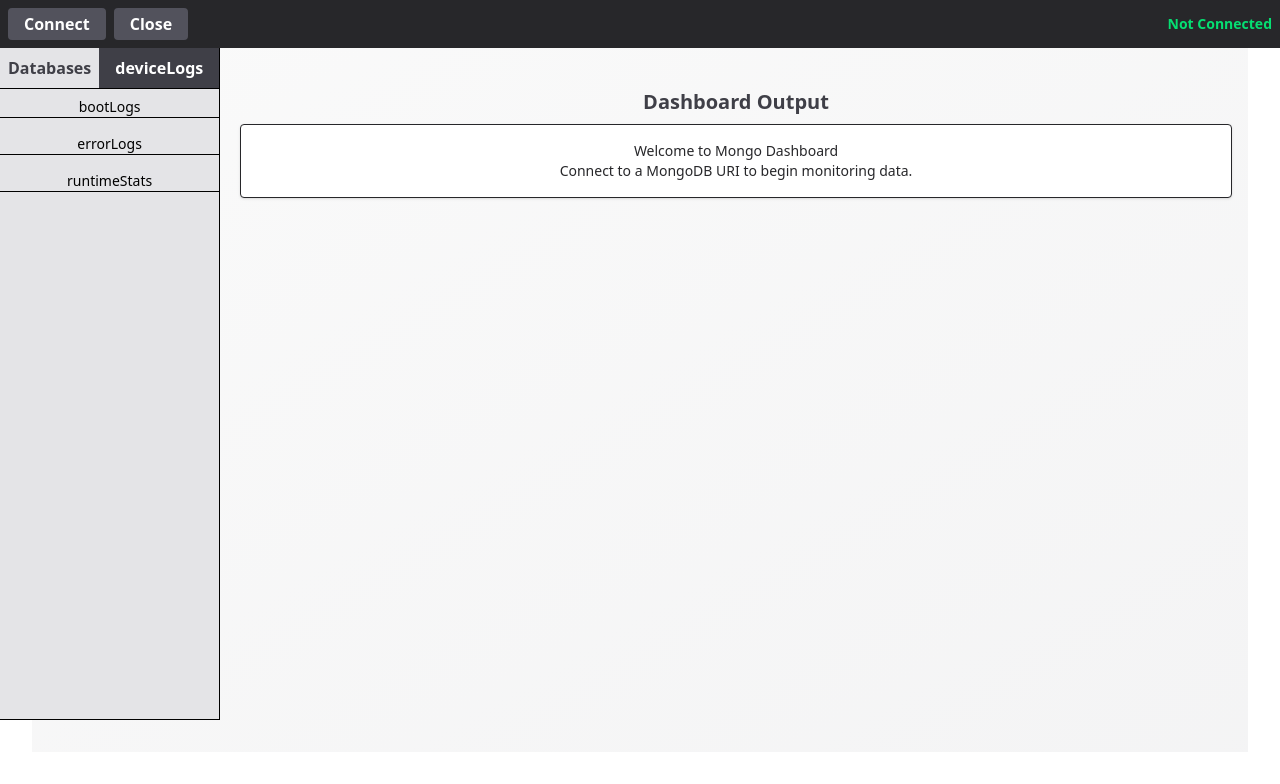
Repository: aryan151pratap/Dashboard
Page: / (app in frontened/), after clicking the first element matching `ul.text-sm > :nth-child(2)`
The author's editor kept a copy of each file at every save. The page is drawn from the files as they stood at one save, then again after the next save.
The browser window is 1280 px wide. The pictures show the whole page.
The project was rebuilt for these pictures with package versions that can differ from the ones it lists, and the page was loaded fresh each time. Also part of the build but not shown: frontened/vite.config.js, frontened/src/component/connect.jsx.

Above is the page before, as saved 2025-06-24 14:29:12.

### frontened/index.html
<!doctype html>
<html lang="en">
  <head>
    <meta charset="UTF-8" />
    <link rel="icon" type="image/svg+xml" href="/vite.svg" />
    <meta name="viewport" content="width=device-width, initial-scale=1.0" />
    <title>Dashboard</title>
    <script src="https://cdn.jsdelivr.net/npm/@tailwindcss/browser@4"></script>

  </head>
  <body>
    <div id="root"></div>
    <script type="module" src="/src/main.jsx"></script>
  </body>
</html>

### frontened/src/App.jsx
import { useState } from 'react'
import './App.css'
import Dashboard from './component/dashboard'

function App() {

  return (
    <>
    <div className='h-screen w-full'>
      <Dashboard/>
    </div>
    </>
  )
}

export default App

### frontened/src/component/dashboard.jsx
import Bar from "./bar";

function Dashboard(){
	return(
		<>
		<div className="h-full w-full bg-gradient-to-br from-zinc-50 to-zinc-100">
			<Bar/>
		</div>
		</>
	)
}

export default Dashboard;

### frontened/src/component/bar.jsx
import { useState } from "react";
import Connect from "./connect";
import Left_bar from "./left_bar";
import Right_bar from "./right_bar";

function Bar() {
  const [buttons] = useState(["connect", "close"]);
  const [showModal, setShowModal] = useState(false);
  const [uri, setUri] = useState("");
  const [connected, setConnected] = useState(false);

  return (
    <div>
		{/* Top Navbar */}
		<div className="w-full fixed top-0 left-0 flex justify-between items-center p-2 bg-zinc-800 text-white z-10">
			<div className="flex gap-2">
			{buttons.map((i, index) => (
				<button
				key={index}
				onClick={() => i === "connect" && setShowModal(true)}
				className="capitalize font-semibold bg-zinc-600 px-4 py-1 rounded hover:bg-zinc-700"
				>
				{i}
				</button>
			))}
			</div>
			<p className="font-semibold text-green-400 text-sm">
			{connected ? "Connected" : "Not Connected"}
			</p>
		</div>

		<div className="h-screen flex flex-col">

			<Left_bar/>

			<Right_bar/>

		</div>

		{showModal && (
			<Connect
				uri={uri}
				setUri={setUri}
				setConnected={setConnected}
				setShowModal={setShowModal}
			/>
		)}
    </div>
  );
}

export default Bar;

### frontened/src/component/left_bar.jsx
import { useState } from "react";
import clusterData from "../data/clusterData";

function Left_bar(){
	const [current_database, setCurrent_database] = useState(null);

	const handle_current_database = function(i){
		setCurrent_database(i);
	}
	return(
		<>
		<div className="shrink-0 h-fit sm:h-full w-full pt-12 sm:w-fit bg-zinc-200 sm:fixed left-0 top-0 border-b sm:border-r">

			<div className="flex flex-row border-b">
				<button className={`sm:w-full sm:text-center font-bold px-2 py-2 ${current_database === null ? 'text-white bg-zinc-700' : 'text-zinc-700'}`}
				onClick={() => setCurrent_database(null)}
				>
					Databases
				</button>

				{current_database &&
					<button className={`sm:text-center font-bold px-4 py-2 ${current_database !== null ? 'text-white bg-zinc-700' : 'text-zinc-700'}`}>{current_database.name}</button>
				}
			</div>


			<ul className="text-sm flex sm:flex-col flex-row gap-4 sm:py-2">
			{current_database ?
			<>
				{current_database.collections.map((i, index) => (
					<li className="hover:underline cursor-pointer border-r sm:border-r-0 sm:border-b px-4"
					// onClick={() => handle_current_database(i)}
					>
						{i}
					</li>
				))}
			</>
			:
			<>
				{clusterData.databases.map((i, index) => (
					<li className="hover:underline cursor-pointer"
					onClick={() => handle_current_database(i)}
					>
						{i.name}
					</li>
				))}
			</>
			}
			</ul>
		</div>
		</>
	)
}

export default Left_bar;

### frontened/src/component/right_bar.jsx
function Right_bar(){
	return(
		<>
		<div className="sm:ml-48 pt-14 p-4">
			<h1 className="text-xl font-bold mb-2 text-zinc-700">Dashboard Output</h1>
			<div className="bg-white p-4 border rounded shadow text-sm text-zinc-800">
			<p>Welcome to Mongo Dashboard</p>
			<p>Connect to a MongoDB URI to begin monitoring data.</p>
			</div>
		</div>
		</>
	)
}

export default Right_bar;

### frontened/src/data/clusterData.js
const clusterData = {
  name: "iotCluster",
  uri: "mongodb+srv://admin:pass@iotcluster.mongodb.net", // optional metadata
  databases: [
    {
      name: "sensorDB",
      collections: ["temperature", "humidity", "pressure"]
    },
    {
      name: "deviceLogs",
      collections: ["bootLogs", "errorLogs", "runtimeStats"]
    },
    {
      name: "statusDB",
      collections: ["uptime", "statusHistory", "batteryHealth"]
    }
  ]
};

export default clusterData;

Loaded but not shown: frontened/src/main.jsx (common file); frontened/src/App.css (common file)

After the next save:
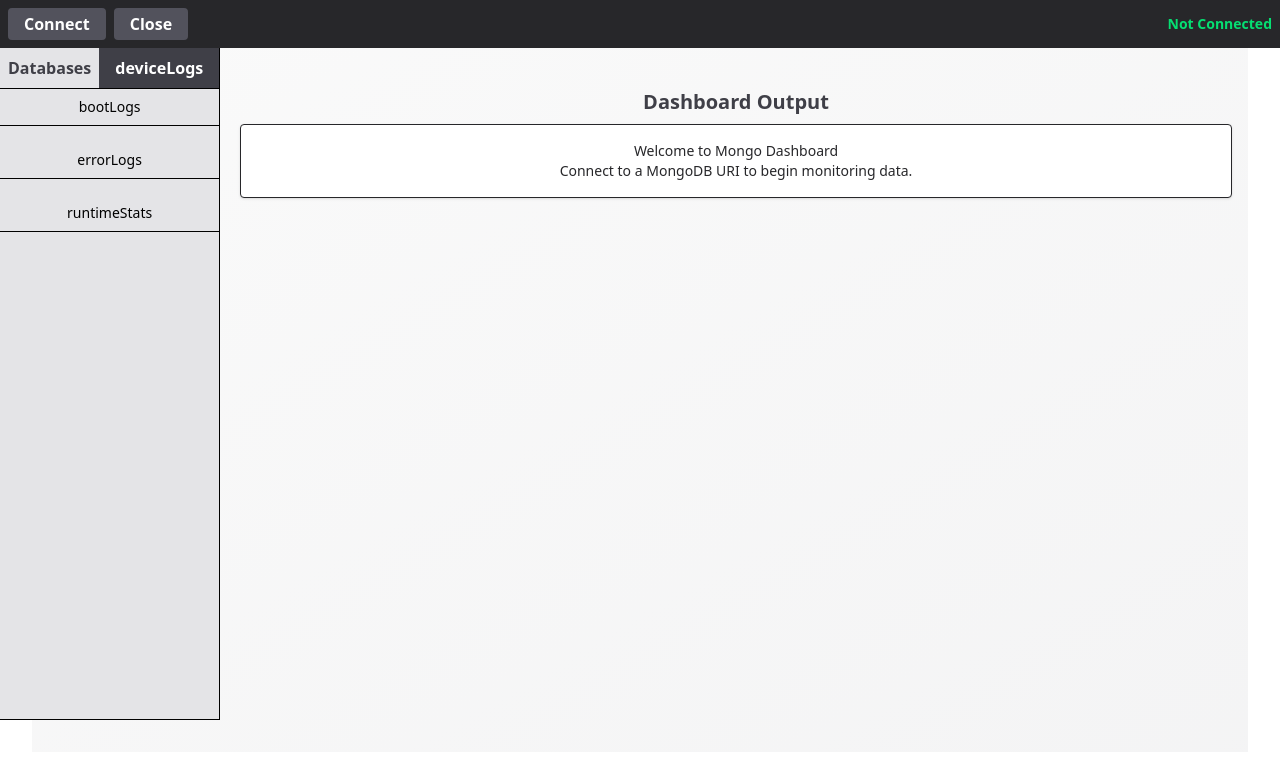
Saved 21 s later.
--- a/frontened/src/component/left_bar.jsx
+++ b/frontened/src/component/left_bar.jsx
@@ -24,11 +24,11 @@ function Left_bar(){
 			</div>
 
 
-			<ul className="text-sm flex sm:flex-col flex-row gap-4 sm:py-2">
+			<ul className="text-sm flex sm:flex-col flex-row gap-4 ">
 			{current_database ?
 			<>
 				{current_database.collections.map((i, index) => (
-					<li className="hover:underline cursor-pointer border-r sm:border-r-0 sm:border-b px-4"
+					<li className="hover:underline cursor-pointer border-r sm:border-r-0 sm:border-b px-4 py-2"
 					// onClick={() => handle_current_database(i)}
 					>
 						{i}
